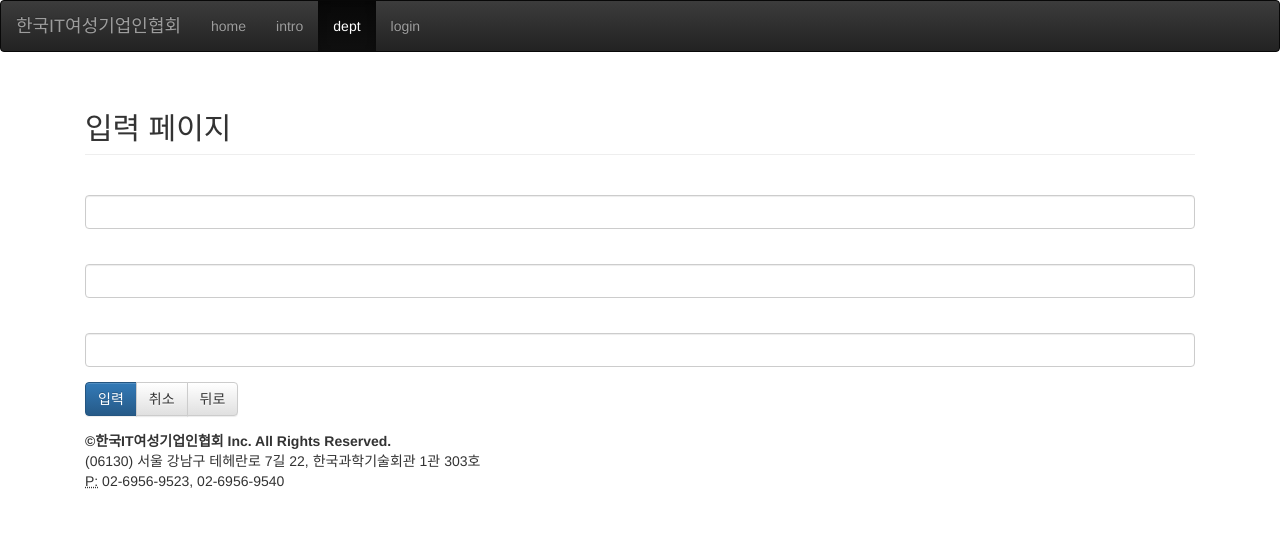
Repository: minho00123/sw-professional-training
Page: http://localhost/sts08/WEB-INF/views/dept/add.jsp
The author's editor kept a copy of each file at every save. The page is drawn from the files as they stood at one save, then again after the next save.
The browser window is 1280 px wide. The pictures show the whole page.
The page is served by Tomcat 9. Nobody is signed in. The template is opened directly, without the code that normally fills it, so the values that code supplies are empty.

Above is the page before, as saved 2025-05-21 02:50:30.
Console error (its wording comes from the project's code and is left out).

After the next save:
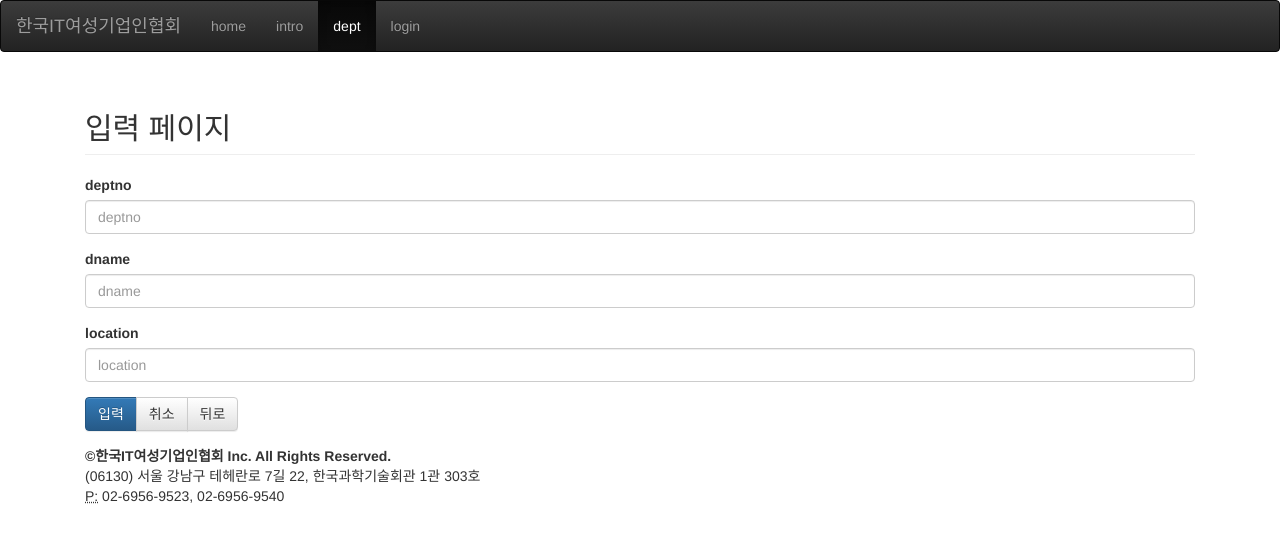
Saved 27 s later.
--- a/stsWorkspace/sts08/src/main/webapp/WEB-INF/views/dept/add.jsp
+++ b/stsWorkspace/sts08/src/main/webapp/WEB-INF/views/dept/add.jsp
@@ -12,13 +12,16 @@
 	<h2 class="page-header">입력 페이지</h2>
 	<form action="./" method="post">
 		<div class="form-group">
-			<label></label><input name="" class="form-control" placeholder="" />
+			<label>deptno</label><input name="deptno" class="form-control"
+				placeholder="deptno" />
 		</div>
 		<div class="form-group">
-			<label></label><input name="" class="form-control" placeholder="" />
+			<label>dname</label><input name="dname" class="form-control"
+				placeholder="dname" />
 		</div>
 		<div class="form-group">
-			<label></label><input name="" class="form-control" placeholder="" />
+			<label>location</label><input name="loc" class="form-control"
+				placeholder="location" />
 		</div>
 		<div class="form-group">
 			<div class="btn-group">
